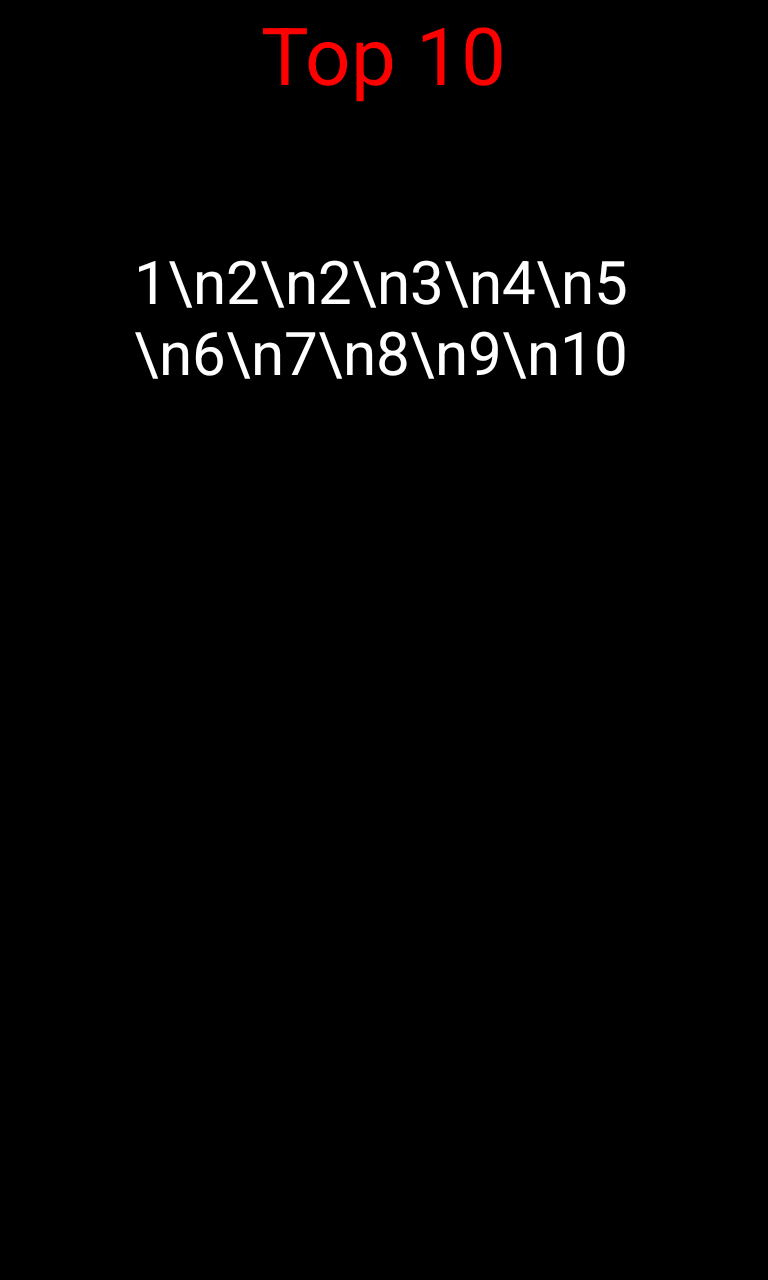
Repository: tofuninja/Rotate
Layout: Rotate/res/layout/high_score_screen.xml
The author's editor kept a copy of each file at every save. The layout is drawn from the files as they stood at one save, then again after the next save.
It is drawn on a 768 x 1280 px phone screen (xhdpi) without system bars, with theme android:Theme.NoTitleBar.Fullscreen; the app's code is not run.

Above is the layout before, as saved 2014-05-03 12:47:16.

### Rotate/res/layout/high_score_screen.xml
<?xml version="1.0" encoding="utf-8"?>
<FrameLayout xmlns:android="http://schemas.android.com/apk/res/android"
    android:layout_width="match_parent"
    android:layout_height="match_parent" >

    <RelativeLayout
        android:id="@+id/high_score_layout"
        android:layout_width="match_parent"
        android:layout_height="match_parent" >

        <TextView
            android:id="@+id/textView1"
            android:layout_width="wrap_content"
            android:layout_height="wrap_content"
            android:layout_alignParentTop="true"
            android:layout_centerHorizontal="true"
            android:text="Top 10"
            android:textAppearance="?android:attr/textAppearanceLarge"
            android:textColor="#ff0000"
            android:textSize="40sp" />

        <TextView
            android:id="@+id/text_top_10"
            android:layout_width="250dp"
            android:layout_height="400dp"
            android:layout_centerHorizontal="true"
            android:layout_centerVertical="true"
            android:text="1\n2\n2\n3\n4\n5\n6\n7\n8\n9\n10"
            android:textAppearance="?android:attr/textAppearanceMedium"
            android:textSize="30sp" />

    </RelativeLayout>

</FrameLayout>

After the next save:
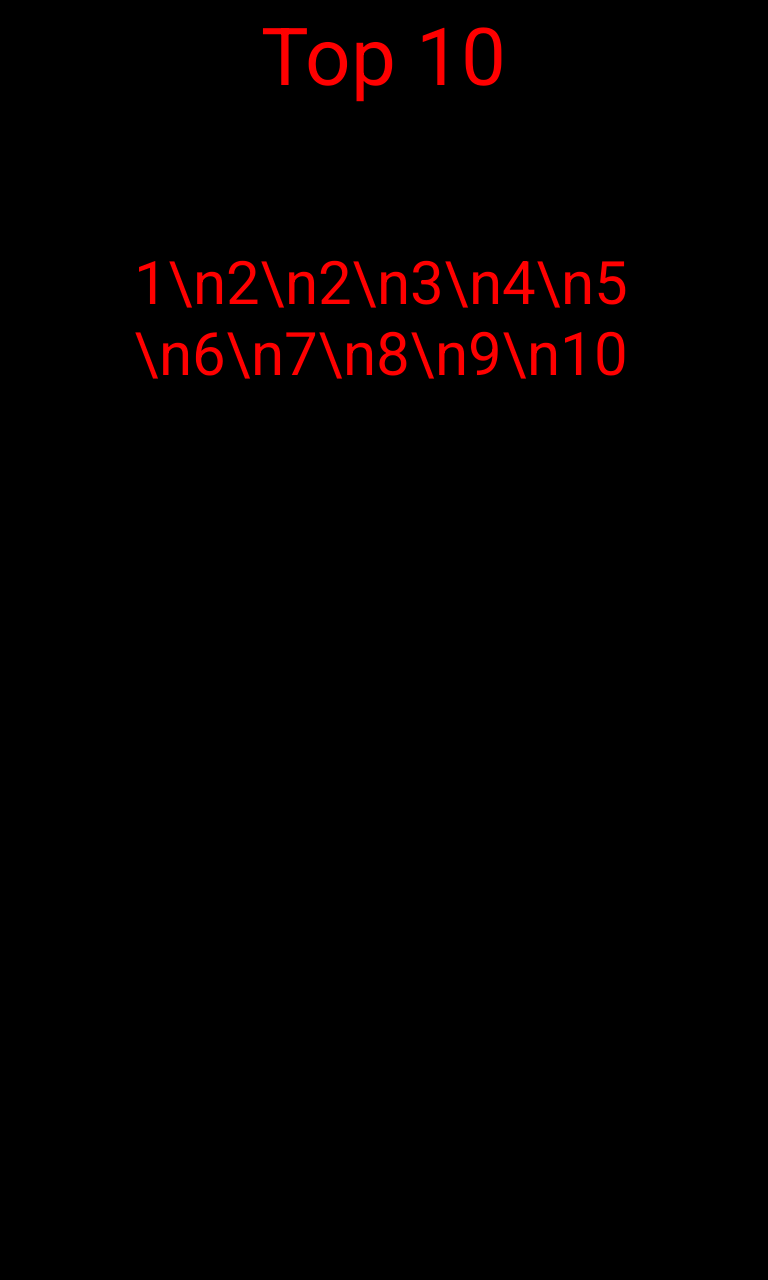
Saved 29 s later.
--- a/Rotate/res/layout/high_score_screen.xml
+++ b/Rotate/res/layout/high_score_screen.xml
@@ -27,6 +27,7 @@
             android:layout_centerVertical="true"
             android:text="1\n2\n2\n3\n4\n5\n6\n7\n8\n9\n10"
             android:textAppearance="?android:attr/textAppearanceMedium"
+            android:textColor="#ff0000"
             android:textSize="30sp" />
 
     </RelativeLayout>
